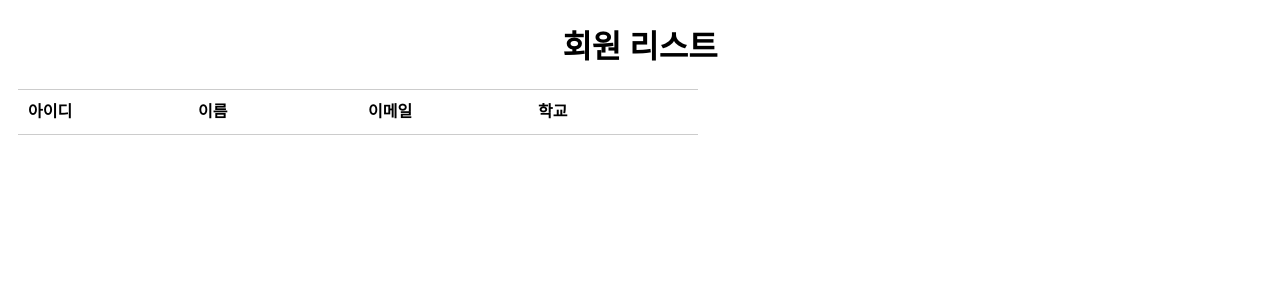
Repository: LeeHyukJe/LHJ
Page: http://localhost/mybbs/mybbs/member_list.jsp
These files come from the project's save history. The page is drawn as it stood at one moment and after the next save; the edit follows.
The browser window is 1280 px wide. The pictures show the whole page.
The page is served by Tomcat 9. Other server files are loaded and not shown. Queries for data that is not in the repository find no rows.

Above is the page before, as saved 2017-09-25 02:01:58.

### mybbs/WebContent/mybbs/member_list.jsp
<%@ page language="java" contentType="text/html; charset=UTF-8"
    pageEncoding="UTF-8"%>
    <%@page import="user.*" %>
    <%@page import="java.util.*" %>
    <jsp:useBean id="user" scope="page" class="user.User"/>
    <jsp:useBean id="user_db" scope="page" class="user.User_db"/>
    <%
    	ArrayList<User> user_list=user_db.db_list();

    %>
<!DOCTYPE html PUBLIC "-//W3C//DTD HTML 4.01 Transitional//EN" "http://www.w3.org/TR/html4/loose.dtd">
<html>
<head>
<link rel="stylesheet" href="list.css">
<meta http-equiv="Content-Type" content="text/html; charset=UTF-8">
<title>Insert title here</title>
</head>
<body>
	<h1 align="center">회원 리스트</h1>
	<table class="type06" align="center">
	<tr>
	<th>아이디</th>
	<th>이름</th>
	<th>이메일</th>
	<th>학교</th>
	</tr>
	<%
		User[] users=new User[user_list.size()];
		for (int i = 0; i < user_list.size(); i++) {
    		users[i]=user_db.getDB(user_list.get(i).getUser_id());
	%>
    <tr>
        <th scope="row"><a href="member_change.jsp?user_id=<%=users[i].getUser_id()%>&user_name=<%=users[i].getUser_name()%>&user_email=<%=users[i].getUser_email()%>&user_college=<%=users[i].getUser_college()%>">
        <%=user_list.get(i).getUser_id() %></a></th>
        <td><%=user_list.get(i).getUser_name()%></td>
        <td><%=user_list.get(i).getUser_email() %></td>
        <td><%=user_list.get(i).getUser_college() %></td>
    </tr>
    <%
		}
    %>
</table>

</body>
</html>

### mybbs/src/user/User.java
package user;

public class User {
	private String user_id;
	private int user_password;
	private String user_name;
	private String user_email;
	private String user_college;
	private String user_picture;


	public String getUser_id() {
		return user_id;
	}
	public void setUser_id(String user_id) {
		this.user_id = user_id;
	}
	public int getUser_password() {
		return user_password;
	}
	public void setUser_password(int user_password) {
		this.user_password = user_password;
	}
	public String getUser_name() {
		return user_name;
	}
	public void setUser_name(String user_name) {
		this.user_name = user_name;
	}
	public String getUser_email() {
		return user_email;
	}
	public void setUser_email(String user_email) {
		this.user_email = user_email;
	}
	public String getUser_college() {
		return user_college;
	}
	public void setUser_college(String user_college) {
		this.user_college = user_college;
	}
	public String getUser_picture() {
		return user_picture;
	}
	public void setUser_picture(String user_picture) {
		this.user_picture = user_picture;
	}
}

### mybbs/src/user/User_db.java
package user;

import java.sql.*;
import java.util.ArrayList;

public class User_db {
	Connection conn;
	PreparedStatement pstmt;
	ResultSet rs;
	String jdbc_driver;
	String jdbc_url;


	public void connect() {
		if(System.getProperty("user.name").equals("lims2733")) {
			jdbc_driver="com.mysql.jdbc.Driver";
			jdbc_url="jdbc:mysql://127.0.0.1:3306/db";
		}
		else if( System.getProperty("user.name").equals("우리집 컴퓨터")) {
			jdbc_driver="com.mysql.jdbc.Driver";
			jdbc_url="jdbc:mysql://localhost:3306/mybbs";
		}
		else {
			jdbc_driver="oracle.jdbc.driver.OracleDriver";
			System.out.print(System.getProperty("user.name"));
			jdbc_url="jdbc:oracle:thin:@localhost:1521:xe";
		}

		try {
			Class.forName(jdbc_driver);
			conn=DriverManager.getConnection(jdbc_url,"root","1234");
		}catch(Exception e) {
			System.out.println(e);
		}
	}

	public void disconnect() {
		if(pstmt!=null) {
			try {
				pstmt.close();
			} catch (SQLException e) {
				// TODO Auto-generated catch block
				e.printStackTrace();
			}
		}

		if(conn!=null) {
			try {
				conn.close();
			} catch (SQLException e) {
				// TODO Auto-generated catch block
				e.printStackTrace();
			}
		}
	}

	public ArrayList<User> db_list(){
		connect();
		String sql="select * from mybbs";
		ArrayList<User> list=new ArrayList<>();

		try {
			pstmt=conn.prepareStatement(sql);
			rs=pstmt.executeQuery();

			while(rs.next()) {
				User user=new User();
				user.setUser_id(rs.getString(1));
				user.setUser_password(rs.getInt(2));
				user.setUser_name(rs.getString(3));
				user.setUser_email(rs.getString(4));
				user.setUser_college(rs.getString(5));
				user.setUser_picture(rs.getString(6));
				list.add(user);
			}
		} catch (SQLException e) {
			// TODO Auto-generated catch block
			e.printStackTrace();

		}finally {
			disconnect();
		}
		return list;
	}

	public User getDB(String user_id) {
		connect();
		String sql="select * from mybbs where user_id=?";
		User user=new User();
		try {
			pstmt=conn.prepareStatement(sql);
			pstmt.setString(1, user_id);
			rs=pstmt.executeQuery();

			rs.next();
			user.setUser_id(rs.getString(1));
			user.setUser_password(rs.getInt(2));
			user.setUser_name(rs.getString(3));
			user.setUser_email(rs.getString(4));
			user.setUser_college(rs.getString(5));
			user.setUser_picture(rs.getString(6));
		} catch (SQLException e) {
			// TODO Auto-generated catch block
			e.printStackTrace();
		}finally {
			disconnect();
		}
		return user;
	}

	public boolean insert(User user) {
		connect();

		String sql="insert into mybbs values(?,?,?,?,?,?)";
		try {
			pstmt=conn.prepareStatement(sql);
			pstmt.setString(1, user.getUser_id());
			pstmt.setInt(2, user.getUser_password());
			pstmt.setString(3, user.getUser_name());
			pstmt.setString(4, user.getUser_email());
			pstmt.setString(5, user.getUser_college());
			pstmt.setString(6, user.getUser_picture());
			pstmt.executeUpdate();
			return true;
		} catch (SQLException e) {
			// TODO Auto-generated catch block
			e.printStackTrace();
			return false;
		}finally {
			disconnect();
		}
	}

	public boolean update(User user) {
		connect();

		String sql="update mybbs set user_password=?, user_name=?, user_email=?, user_college=?, user_picture=? where user_id=?";
		try {
			pstmt=conn.prepareStatement(sql);
			pstmt.setInt(1, user.getUser_password());
			pstmt.setString(2, user.getUser_name());
			pstmt.setString(3, user.getUser_email());
			pstmt.setString(4, user.getUser_college());
			pstmt.setString(5, user.getUser_picture());
			pstmt.setString(6, user.getUser_id());
			pstmt.executeUpdate();
			return true;
		} catch (SQLException e) {
			// TODO Auto-generated catch block
			e.printStackTrace();
			return false;
		}finally {
			disconnect();
		}
	}

	public boolean delete(String user_id) {
		connect();

		String sql="delete from mybbs where user_id=?";

		try {
			pstmt=conn.prepareStatement(sql);
			pstmt.setString(1, user_id);
			pstmt.executeUpdate();
			return true;
		} catch (SQLException e) {
			// TODO Auto-generated catch block
			e.printStackTrace();
			return false;
		}finally {
			disconnect();
		}
	}

}

### mybbs/WebContent/mybbs/list.css
@charset "UTF-8";
table.type06 {
    border-collapse: collapse;
    text-align: left;
    line-height: 1.5;
    border-top: 1px solid #ccc;
    border-bottom: 1px solid #ccc;
    margin: 20px 10px;
}
table.type06 th {
    width: 150px;
    padding: 10px;
    font-weight: bold;
    vertical-align: top;
}
table.type06 td {
    width: 350px;
    padding: 10px;
    vertical-align: top;
}
table.type06 .even {
    background: #efefef;
}

After the next save:
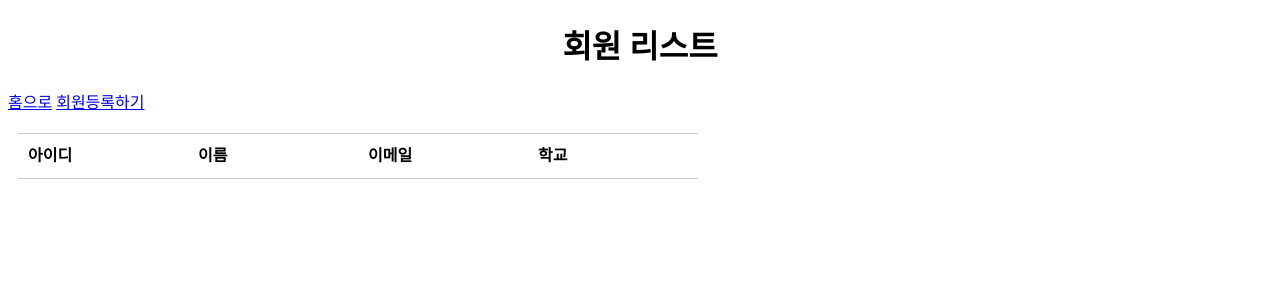
Saved 3 min 52 s later.
--- a/mybbs/WebContent/mybbs/member_list.jsp
+++ b/mybbs/WebContent/mybbs/member_list.jsp
@@ -17,6 +17,7 @@
 </head>
 <body>
 	<h1 align="center">회원 리스트</h1>
+	<a href="index.jsp">홈으로</a>
 	<table class="type06" align="center">
 	<tr>
 	<th>아이디</th>
@@ -39,6 +40,7 @@
     <%
 		}
     %>
+    <a href="join.jsp">회원등록하기</a>
 </table>
 
 </body>
